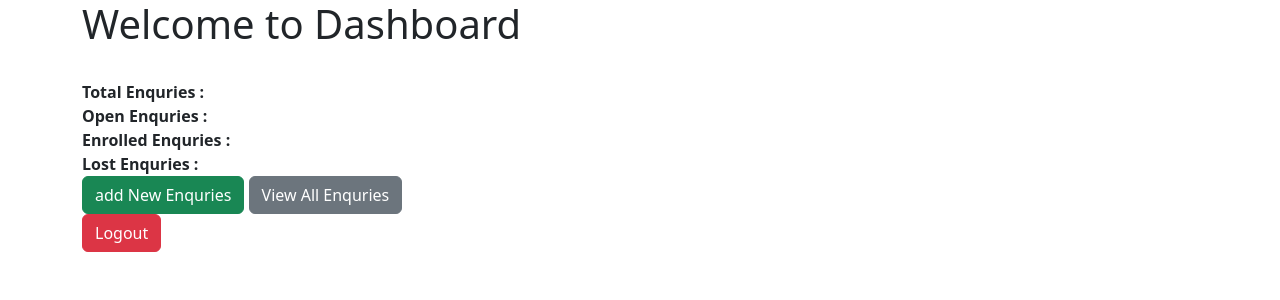
Repository: SaiKumarMupparapu/mini_projects
Page: http://localhost/dashboard
These files come from the project's save history. The page is drawn as it stood at one moment and after the next save; the edit follows.
The browser window is 1280 px wide. The pictures show the whole page.
The page is this project's Thymeleaf template; nobody is signed in. The template is opened directly, without the code that normally fills it, so the values that code supplies are empty.

Above is the page before, as saved 2024-04-02 14:30:52.

After the next save:
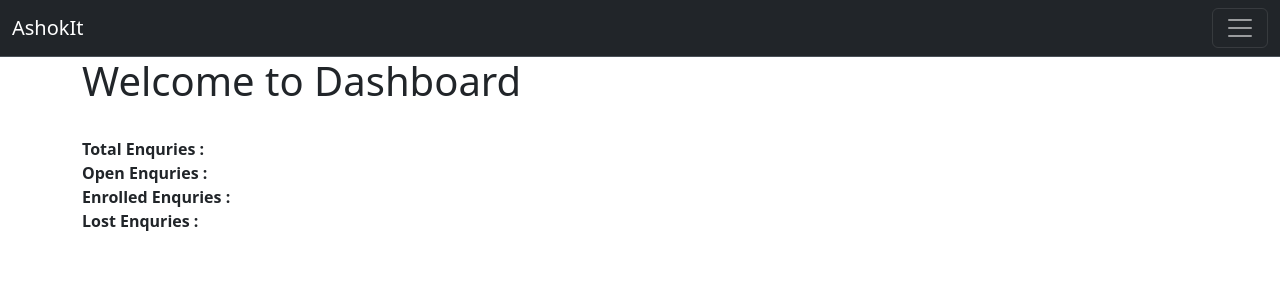
Saved 18 min 15 s later.
--- a/Counsellors_portal/src/main/resources/templates/dashboard.html
+++ b/Counsellors_portal/src/main/resources/templates/dashboard.html
@@ -10,6 +10,31 @@
 </head>
 
 <body>
+    <nav class="navbar bg-dark border-bottom border-body" data-bs-theme="dark">
+        <div class="container-fluid">
+          <a class="navbar-brand" href="#">AshokIt</a>
+          <button class="navbar-toggler" type="button" data-bs-toggle="collapse" data-bs-target="#navbarNav" aria-controls="navbarNav" aria-expanded="false" aria-label="Toggle navigation">
+            <span class="navbar-toggler-icon"></span>
+          </button>
+          <div class="collapse navbar-collapse" id="navbarNav">
+            <ul class="navbar-nav">
+              <li class="nav-item">
+                <a class="nav-link active" aria-current="page" href="/dashboard">Dashboard</a>
+              </li>
+              <li class="nav-item">
+                <a class="nav-link" href="/view">view Enquries</a>
+              </li>
+              <li class="nav-item">
+                <a class="nav-link" href="/add">Add Enquiry</a>
+              </li>
+              <li class="nav-item">
+                <a class="nav-link"href="/logout">Logout</a>
+              </li>
+
+            </ul>
+          </div>
+        </div>
+      </nav>
 	<div class="container" >
 		<h1>Welcome to Dashboard</h1><br>
 		<b>Total Enquries :</b><b th:text="${dashboardInfo.totalEnq}"></b> <br>
@@ -18,13 +43,7 @@
 		<b>Lost Enquries :</b><b th:text="${dashboardInfo.lostEnq}"></b>
 
 	</div>
-	<div class="container">
-		<a href="/add" class="btn btn-success">add New Enquries</a>
-		<a href="/view" class="btn btn-secondary">View All Enquries</a>
-	</div>
-	<div class="container">
-		<a href="/logout" class="btn btn-danger">Logout</a>
-	</div>
+
 
 	<script src="https://cdn.jsdelivr.net/npm/bootstrap@5.3.3/dist/js/bootstrap.bundle.min.js"
 		integrity="sha384-YvpcrYf0tY3lHB60NNkmXc5s9fDVZLESaAA55NDzOxhy9GkcIdslK1eN7N6jIeHz"
